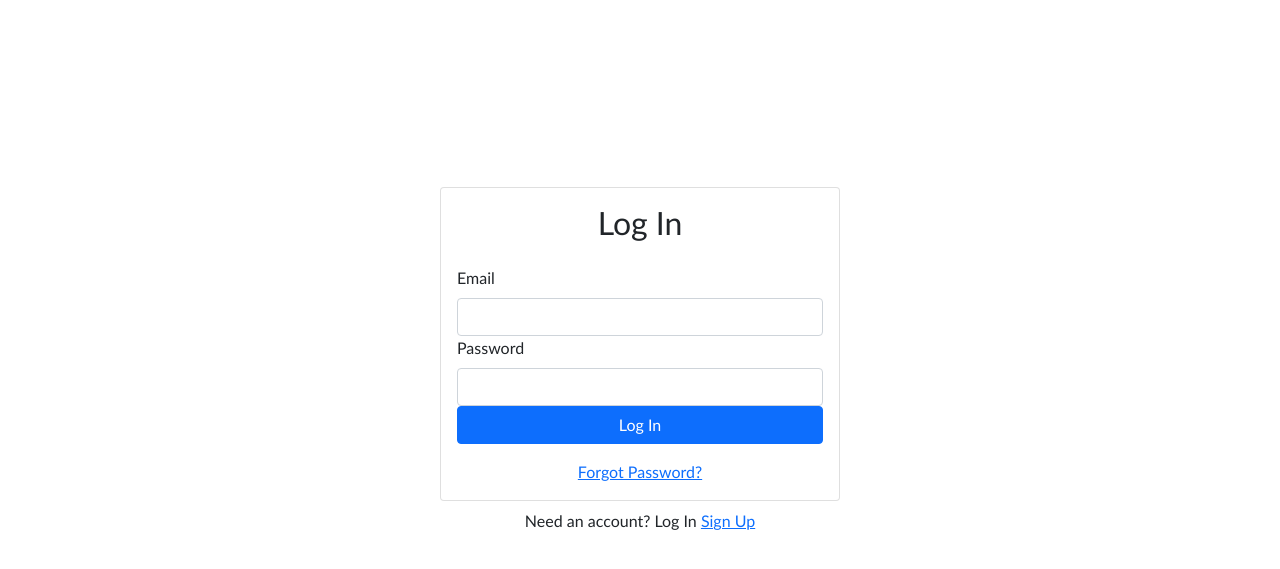
Repository: patrik-fredlund/freshkeeper-repo
Page: /login
The author's editor kept a copy of each file at every save. The page is drawn from the files as they stood at one save, then again after the next save.
The browser window is 1280 px wide. The pictures show the whole page.
The project was rebuilt for these pictures with package versions that can differ from the ones it lists, and the page was loaded fresh each time. Also part of the build but not shown: src/components/Signup.js, src/components/Account.js, src/components/PrivateRoute.js, src/components/ForgotPassword.js, src/components/UpdateProfile.js, src/components/Storage.js.

Above is the page before, as saved 2021-10-13 09:07:35.

### public/index.html
<!DOCTYPE html>
<html lang="en">

<head>
  <meta charset="utf-8" />
  <link rel="icon" href="%PUBLIC_URL%/favicon.ico" />
  <meta name="viewport" content="width=device-width, initial-scale=1" />
  <meta name="theme-color" content="#000000" />
  <meta name="description" content="Web site created using create-react-app" />
  <link rel="apple-touch-icon" href="%PUBLIC_URL%/logo192.png" />

  <link rel="manifest" href="%PUBLIC_URL%/manifest.json" />

  <title>Freshkeeper</title>
</head>

<body>
  <noscript>You need to enable JavaScript to run this app.</noscript>
  <div id="root"></div>

</body>

</html>

### src/index.js
import React from 'react';
import ReactDOM from 'react-dom';
import App from './components/App';
import 'bootstrap/dist/css/bootstrap.min.css';

ReactDOM.render(
  <React.StrictMode>
    <App />
  </React.StrictMode>,
  document.getElementById('root')
);

### src/components/App.js
import { Container } from 'react-bootstrap';
import '../App.css';
import Signup from './Signup';
import { AuthProvider } from '../context/AuthContext';
import { BrowserRouter as Router, Switch, Route } from 'react-router-dom';
import Account from './Account';
import Login from './Login';
import PrivateRoute from './PrivateRoute';
import ForgotPassword from './ForgotPassword';
import UpdateProfile from './UpdateProfile';
import Storage from './Storage';

function App() {
  return (
    <Container
      className='d-flex align-items-center justify-content-center'
      style={{ minHeight: '100vh' }}
    >
      <div className='w-100' style={{ maxWidth: '400px' }}>
        <Router>
          <AuthProvider>
            <Switch>
              <PrivateRoute path='/account' component={Account} />
              <PrivateRoute exact path='/' component={Storage} />
              <PrivateRoute path='/update-profile' component={UpdateProfile} />
              <Route path='/signup' component={Signup} />
              <Route path='/login' component={Login} />
              <Route path='/forgot-password' component={ForgotPassword} />
            </Switch>
          </AuthProvider>
        </Router>
      </div>
    </Container>
  );
}

export default App;

### src/App.css
* {
  box-sizing: border-box;
  margin: 0;
  padding: 0;
  font-family: 'Gill Sans', 'Gill Sans MT', Calibri, 'Trebuchet MS', sans-serif;
}

h1 {
  color: red;
}

### src/context/AuthContext.js
import React, { useContext, useState, useEffect } from 'react';
import { auth } from '../firebase';

const AuthContext = React.createContext();

export function useAuth() {
  return useContext(AuthContext);
}

export function AuthProvider({ children }) {
  const [currentUser, setCurrentUser] = useState();
  const [loading, setLoading] = useState(true);

  function signup(email, password) {
    return auth.createUserWithEmailAndPassword(email, password);
  }

  function login(email, password) {
    return auth.signInWithEmailAndPassword(email, password);
  }

  function logout() {
    return auth.signOut();
  }

  function resetPassword(email) {
    return auth.sendPasswordResetEmail(email);
  }

  function updateEmail(email) {
    return currentUser.updateEmail(email);
  }

  function updatePassword(password) {
    return currentUser.updatePassword(password);
  }

  useEffect(() => {
    const unsubscribe = auth.onAuthStateChanged((user) => {
      setCurrentUser(user);
      setLoading(false);
    });
    return unsubscribe;
  }, []);

  const value = {
    currentUser,
    login,
    signup,
    logout,
    resetPassword,
    updateEmail,
    updatePassword,
  };

  return (
    <AuthContext.Provider value={value}>
      {!loading && children}
    </AuthContext.Provider>
  );
}

### src/components/Login.js
import React, { useRef, useState } from 'react';
import { Form, Button, Card, Alert } from 'react-bootstrap';
import { useAuth } from '../context/AuthContext';
import { Link, useHistory } from 'react-router-dom';

export default function Login() {
  const emailRef = useRef();
  const passwordRef = useRef();
  const { login } = useAuth();
  const [error, setError] = useState('');
  const [loading, setLoading] = useState(false);
  const history = useHistory();

  async function handleSubmit(e) {
    e.preventDefault();

    try {
      setError('');
      setLoading(true);
      await login(emailRef.current.value, passwordRef.current.value);
      history.push('/');
    } catch {
      setError('Failed to Log In');
    }

    setLoading(false);
  }

  return (
    <>
      <Card>
        <Card.Body>
          <h2 className='text-center mb-4'>Log In</h2>

          {error && <Alert variant='danger'>{error}</Alert>}
          <Form onSubmit={handleSubmit}>
            <Form.Group id='email'>
              <Form.Label>Email</Form.Label>
              <Form.Control type='email' ref={emailRef} required />
            </Form.Group>
            <Form.Group id='password'>
              <Form.Label>Password</Form.Label>
              <Form.Control type='password' ref={passwordRef} required />
            </Form.Group>

            <Button disabled={loading} className='w-100' type='submit'>
              Log In
            </Button>
          </Form>
          <div className='w-100 text-center mt-3'>
            <Link to='/forgot-password'>Forgot Password?</Link>
          </div>
        </Card.Body>
      </Card>
      <div className='w-100 text-center mt-2'>
        Need an account? Log In <Link to='/signup'>Sign Up </Link>
      </div>
    </>
  );
}

### src/firebase.js
import firebase from 'firebase/compat/app';
import 'firebase/compat/auth';

const app = firebase.initializeApp({
  apiKey: process.env.REACT_APP_FIREBASE_API_KEY,
  authDomain: process.env.REACT_APP_FIREBASE_AUTH_DOMAIN,
  projectId: process.env.REACT_APP_FIREBASE_PROJECT_ID,
  storageBucket: process.env.REACT_APP_FIREBASE_STORAGE_BUCKET,
  messagingSenderId: process.env.REACT_APP_FIREBASE_MESSAGE_SENDER_ID,
  appId: process.env.REACT_APP_FIREBASE_APP_ID,
});

export const auth = app.auth();
export default app;

After the next save:
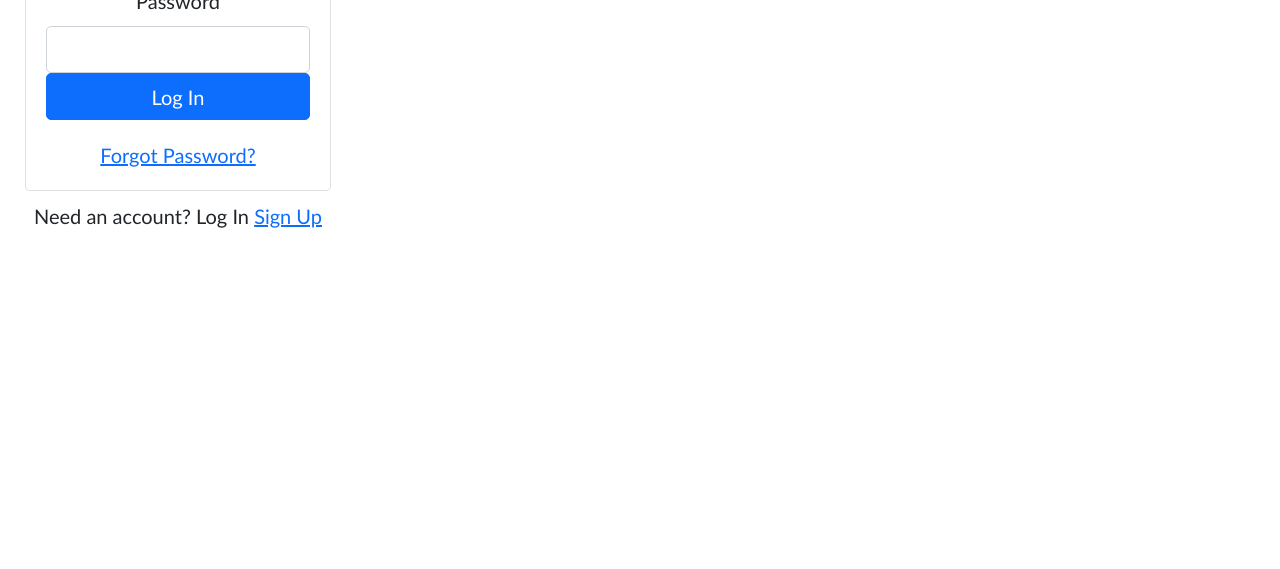
Saved 4 min 16 s later.
--- a/src/App.css
+++ b/src/App.css
@@ -5,6 +5,30 @@
   font-family: 'Gill Sans', 'Gill Sans MT', Calibri, 'Trebuchet MS', sans-serif;
 }
 
-h1 {
-  color: red;
+html {
+  position: static;
+  width: 414px;
+  height: 31px;
+  left: 1px;
+  top: 17px;
+
+  font-family: Pacifico;
+  font-style: normal;
+  font-weight: normal;
+  font-size: 20px;
+  line-height: 20px;
+  /* or 100% */
+
+  display: flex;
+  align-items: center;
+  text-align: center;
+
+  color: #49beff;
+
+  /* Inside Auto Layout */
+
+  flex: none;
+  order: 0;
+  flex-grow: 0;
+  margin: 0px 10px;
 }

After the save that followed:
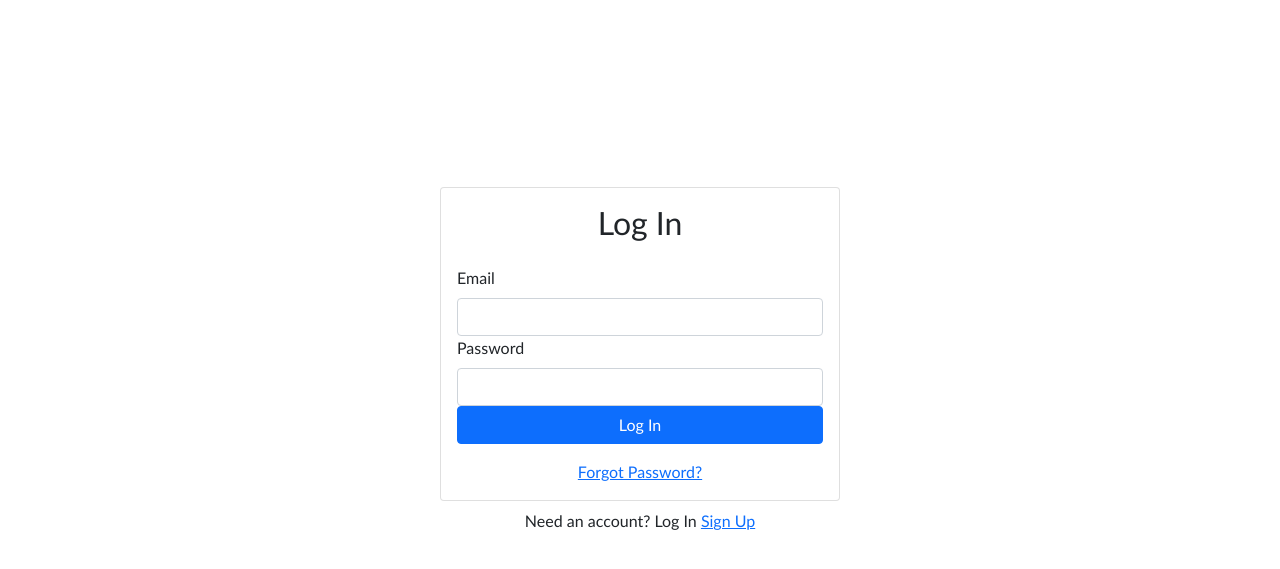
Saved 3 min 39 s later.
--- a/src/App.css
+++ b/src/App.css
@@ -5,7 +5,7 @@
   font-family: 'Gill Sans', 'Gill Sans MT', Calibri, 'Trebuchet MS', sans-serif;
 }
 
-html {
+.freshkeeper_header {
   position: static;
   width: 414px;
   height: 31px;
